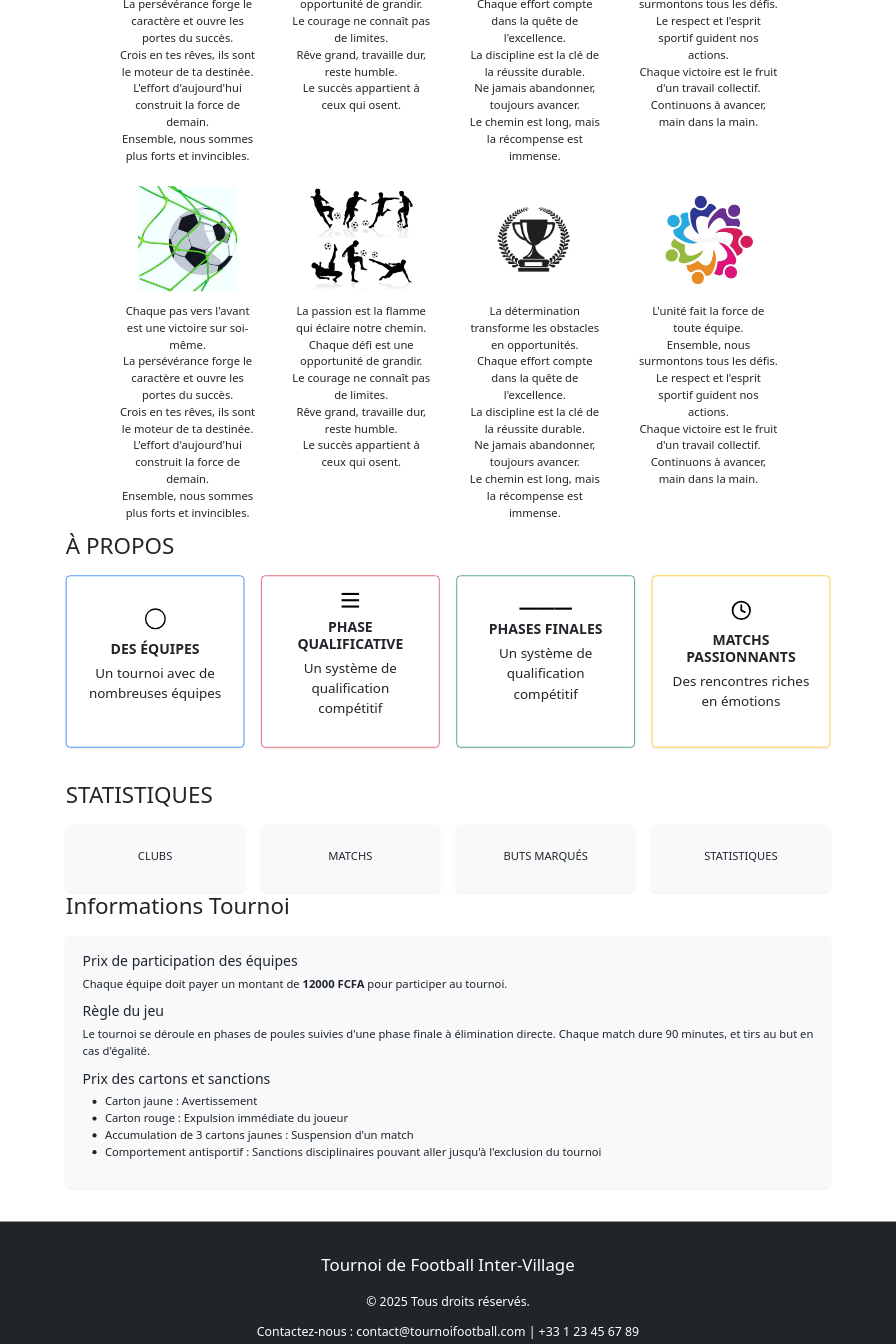
Repository: KILAYOSSI/tournoi_foot
Page: templates/pages/home.html.twig
The author's editor kept a copy of each file at every save. The page is drawn from the files as they stood at one save, then again after the next save.
The browser window is 1280 px wide. The pictures show the part of the page from y = 1760 to 3680 px (the page is 3865 px tall before and 3355 px after), at 70% of full size.
The page is a Twig template of a Symfony application; nobody is signed in and links lead nowhere. The template is opened directly, without the code that normally fills it, so the values that code supplies are empty.

Above is the page before, as saved 2025-06-27 01:23:34.

After the next save:
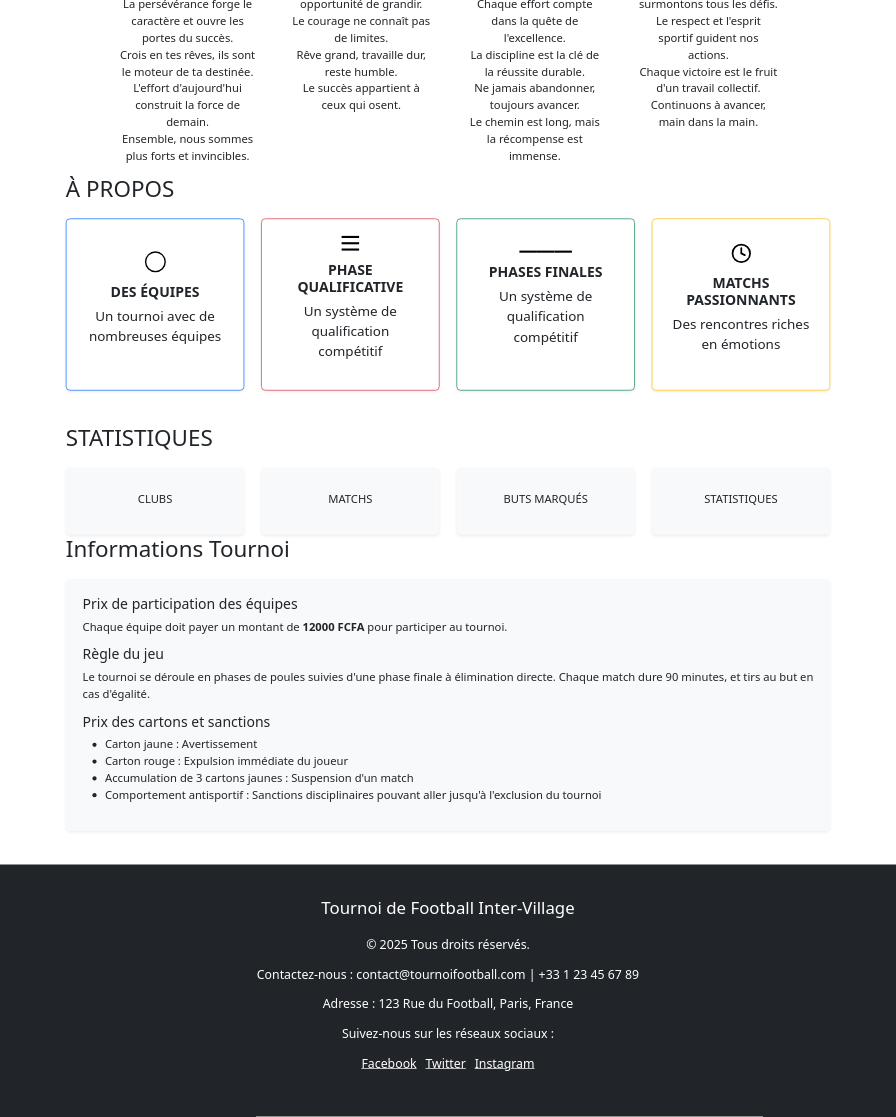
Saved 3 min 29 s later.
--- a/templates/pages/home.html.twig
+++ b/templates/pages/home.html.twig
@@ -63,50 +63,6 @@
             </div>
         </div>
     </div>
-<div class="icons-container mt-3">
-    <div class="d-flex justify-content-center gap-5 flex-wrap text-center">
-        <div class="icon-text" style="max-width: 200px;">
-            <img src="{{ asset('assets/WhatsApp Image 2025-06-26 à 22.33.43_6d2c76fa.jpg') }}" alt="Icone 1" class="img-fluid mb-3" style="max-height: 150px; object-fit: contain;">
-            <p>
-                Chaque pas vers l'avant est une victoire sur soi-même.<br>
-                La persévérance forge le caractère et ouvre les portes du succès.<br>
-                Crois en tes rêves, ils sont le moteur de ta destinée.<br>
-                L'effort d'aujourd'hui construit la force de demain.<br>
-                Ensemble, nous sommes plus forts et invincibles.
-            </p>
-        </div>
-        <div class="icon-text" style="max-width: 200px;">
-            <img src="{{ asset('assets/WhatsApp Image 2025-06-26 à 22.33.43_91d2cb3c.jpg') }}" alt="Icone 2" class="img-fluid mb-3" style="max-height: 150px; object-fit: contain;">
-            <p>
-                La passion est la flamme qui éclaire notre chemin.<br>
-                Chaque défi est une opportunité de grandir.<br>
-                Le courage ne connaît pas de limites.<br>
-                Rêve grand, travaille dur, reste humble.<br>
-                Le succès appartient à ceux qui osent.
-            </p>
-        </div>
-        <div class="icon-text" style="max-width: 200px;">
-            <img src="{{ asset('assets/WhatsApp Image 2025-06-26 à 22.33.45_8dd9a1c0.jpg') }}" alt="Icone 3" class="img-fluid mb-3" style="max-height: 150px; object-fit: contain;">
-            <p>
-                La détermination transforme les obstacles en opportunités.<br>
-                Chaque effort compte dans la quête de l'excellence.<br>
-                La discipline est la clé de la réussite durable.<br>
-                Ne jamais abandonner, toujours avancer.<br>
-                Le chemin est long, mais la récompense est immense.
-            </p>
-        </div>
-        <div class="icon-text" style="max-width: 200px;">
-            <img src="{{ asset('assets/WhatsApp Image 2025-06-25 à 00.20.17_b34a09f6.jpg') }}" alt="Icone 4" class="img-fluid mb-3" style="max-height: 150px; object-fit: contain;">
-            <p>
-                L'unité fait la force de toute équipe.<br>
-                Ensemble, nous surmontons tous les défis.<br>
-                Le respect et l'esprit sportif guident nos actions.<br>
-                Chaque victoire est le fruit d'un travail collectif.<br>
-                Continuons à avancer, main dans la main.
-            </p>
-        </div>
-    </div>
-</div>
 <div class="icons-container mt-3">
     <div class="d-flex justify-content-center gap-5 flex-wrap text-center">
         <div class="icon-text" style="max-width: 200px;">
